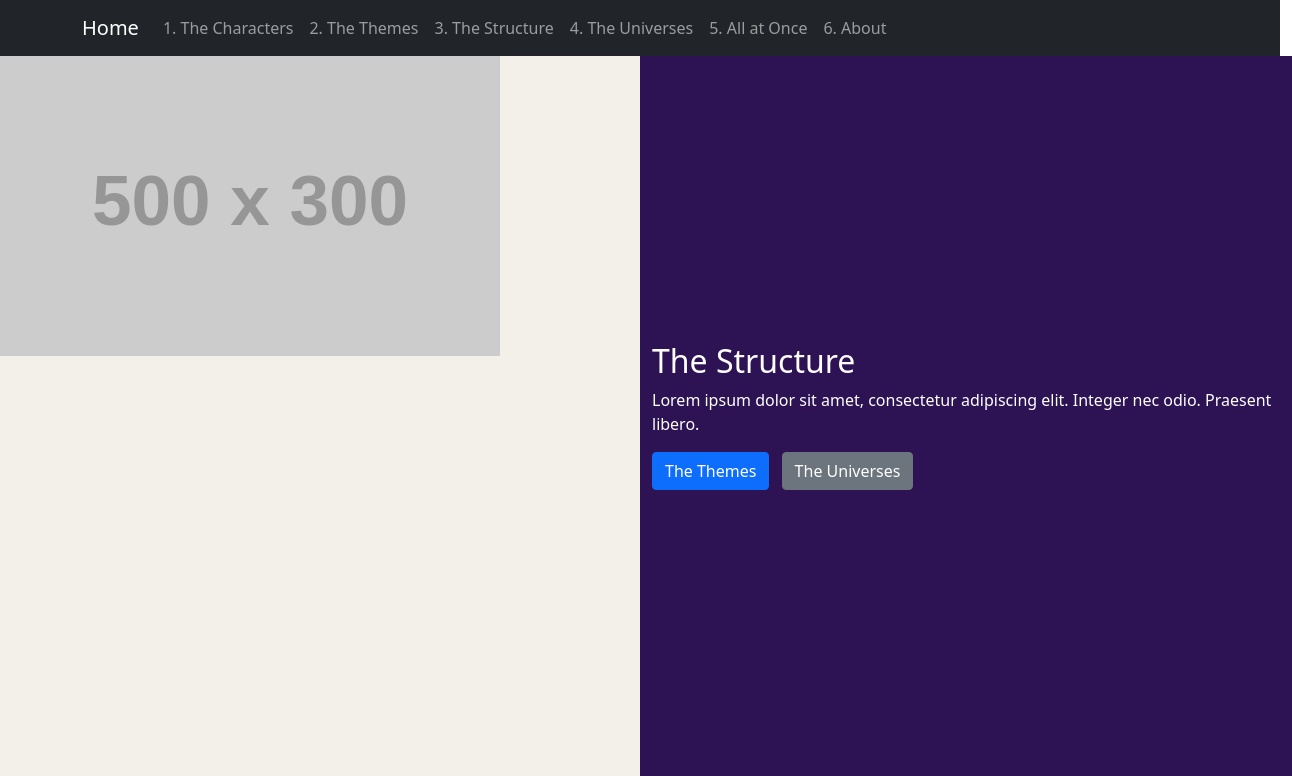
Repository: angelica-hom/msdv-thesis
Page: structure.html
The author's editor kept a record of every edit. The page is drawn from the files as they stood at one moment, then again after the next edit.
The browser window is 1280 px wide. The page is 1292 px wide, so the pictures cover 1292 px, including what lies to the right of the window. The pictures show the whole page.

Above is the page before.

### structure.html
<!doctype html>
<html lang="en">
<head>
    <meta charset="utf-8">
    <meta name="viewport" content="width=device-width, initial-scale=1">
    <link href="https://cdn.jsdelivr.net/npm/bootstrap@5.1.3/dist/css/bootstrap.min.css" rel="stylesheet">
    <link href="structure.css" rel="stylesheet">
    <title>Decoding Everything Everywhere All at Once</title>
</head>
<body>
    <nav class="navbar navbar-expand-lg navbar-dark bg-dark">
        <div class="container">
            <a class="navbar-brand" href="index.html">Home</a>
            <button class="navbar-toggler" type="button" data-bs-toggle="collapse" data-bs-target="#navbarNav" aria-controls="navbarNav" aria-expanded="false" aria-label="Toggle navigation">
                <span class="navbar-toggler-icon"></span>
            </button>
            <div class="collapse navbar-collapse" id="navbarNav">
                <ul class="navbar-nav">
                    <li class="nav-item">
                        <a class="nav-link" href="characters.html">1. The Characters</a>
                    </li>
                    <li class="nav-item">
                        <a class="nav-link" href="themes.html">2. The Themes</a>
                    </li>
                    <li class="nav-item">
                        <a class="nav-link" href="structure.html">3. The Structure</a>
                    </li>
                    <li class="nav-item">
                        <a class="nav-link" href="universes.html">4. The Universes</a>
                    </li>
                    <li class="nav-item">
                        <a class="nav-link" href="once.html">5. All at Once</a>
                    </li>
                    <li class="nav-item">
                        <a class="nav-link" href="about.html">6. About</a>
                    </li>
                </ul>
            </div>
        </div>
    </nav>

    <div class="container-fluid">
        <div class="row">
            <div class="col-md-6 left-section">
                <img src="https://via.placeholder.com/500x300" alt="Static image" class="img-fluid">
            </div>
            <div class="col-md-6 d-flex flex-column justify-content-center right-section">
                <h2>The Structure</h2>
                <p>Lorem ipsum dolor sit amet, consectetur adipiscing elit. Integer nec odio. Praesent libero.</p>
                <div>
                    <a href="themes.html" class="btn btn-primary me-2">The Themes</a>
                    <a href="universes.html" class="btn btn-secondary">The Universes</a>
                </div>
            </div>
        </div>
    </div>

    <script src="structure.js"></script>
    <script src="https://cdn.jsdelivr.net/npm/@popperjs/core@2.11.6/dist/umd/popper.min.js"></script>
    <script src="https://cdn.jsdelivr.net/npm/bootstrap@5.1.3/dist/js/bootstrap.min.js"></script>
</body>
</html>

### structure.css
body, html {
    margin: 0;
    height: 100%;
}

.container-fluid {
    height: 100%;
    padding: 0;
}

.row {
    height: 100%;
}

.left-section {
    background-color: #F3EFE9;
}

.right-section {
    background-color: #2D1254;
    color: #FFF; /* Set text color to white for better contrast */
}

Loaded but not shown: structure.js (no copy from this time; the picture is the same without it)

After the next edit:
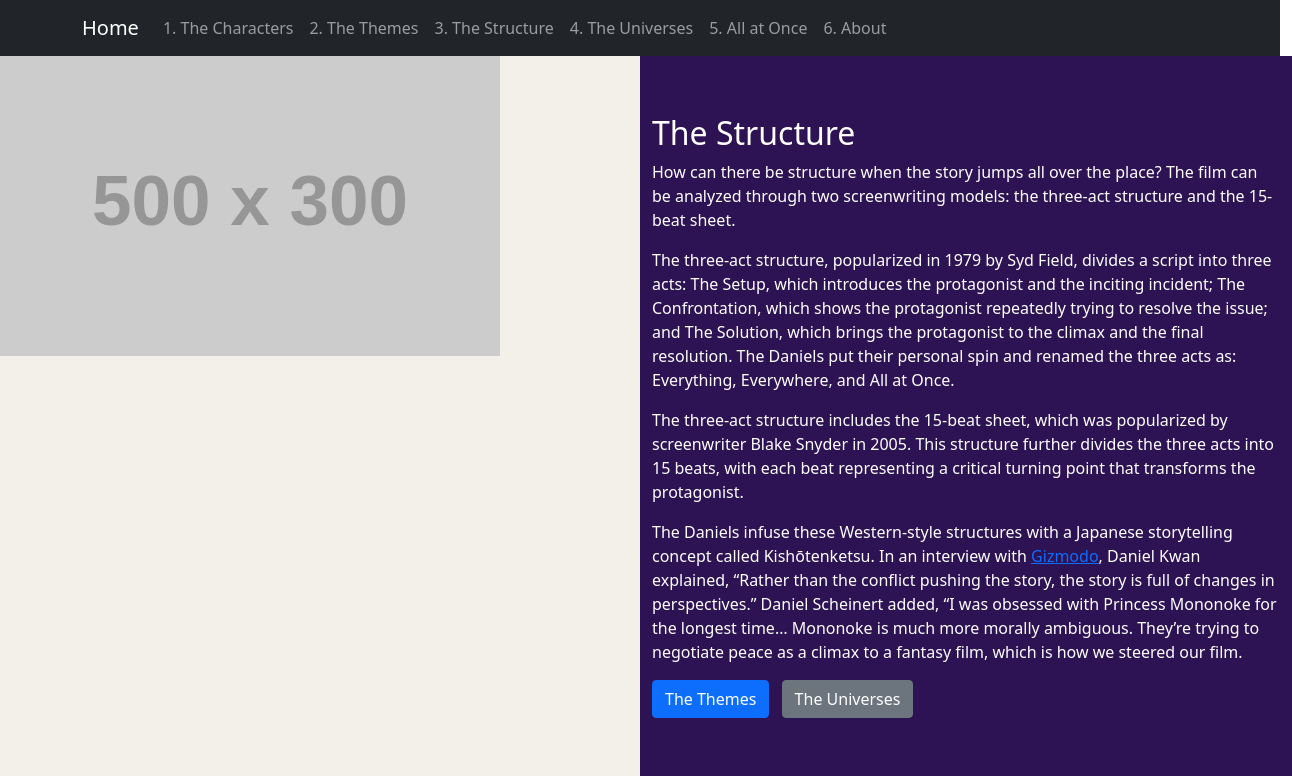
The edit:
--- a/structure.html
+++ b/structure.html
@@ -46,7 +46,10 @@
             </div>
             <div class="col-md-6 d-flex flex-column justify-content-center right-section">
                 <h2>The Structure</h2>
-                <p>Lorem ipsum dolor sit amet, consectetur adipiscing elit. Integer nec odio. Praesent libero.</p>
+                <p>How can there be structure when the story jumps all over the place? The film can be analyzed through two screenwriting models: the three-act structure and the 15-beat sheet.</p>
+                <p>The three-act structure, popularized in 1979 by Syd Field, divides a script into three acts: The Setup, which introduces the protagonist and the inciting incident; The Confrontation, which shows the protagonist repeatedly trying to resolve the issue; and The Solution, which brings the protagonist to the climax and the final resolution. The Daniels put their personal spin and renamed the three acts as: Everything, Everywhere, and All at Once.</p>
+                <p>The three-act structure includes the 15-beat sheet, which was popularized by screenwriter Blake Snyder in 2005. This structure further divides the three acts into 15 beats, with each beat representing a critical turning point that transforms the protagonist.</p>
+                <p>The Daniels infuse these Western-style structures with a Japanese storytelling concept called Kishōtenketsu. In an interview with <a href="https://gizmodo.com/everything-everywhere-all-at-once-interview-the-daniels-1848778652">Gizmodo</a>, Daniel Kwan explained, “Rather than the conflict pushing the story, the story is full of changes in perspectives.” Daniel Scheinert added, “I was obsessed with Princess Mononoke for the longest time… Mononoke is much more morally ambiguous. They’re trying to negotiate peace as a climax to a fantasy film, which is how we steered our film.</p>
                 <div>
                     <a href="themes.html" class="btn btn-primary me-2">The Themes</a>
                     <a href="universes.html" class="btn btn-secondary">The Universes</a>
